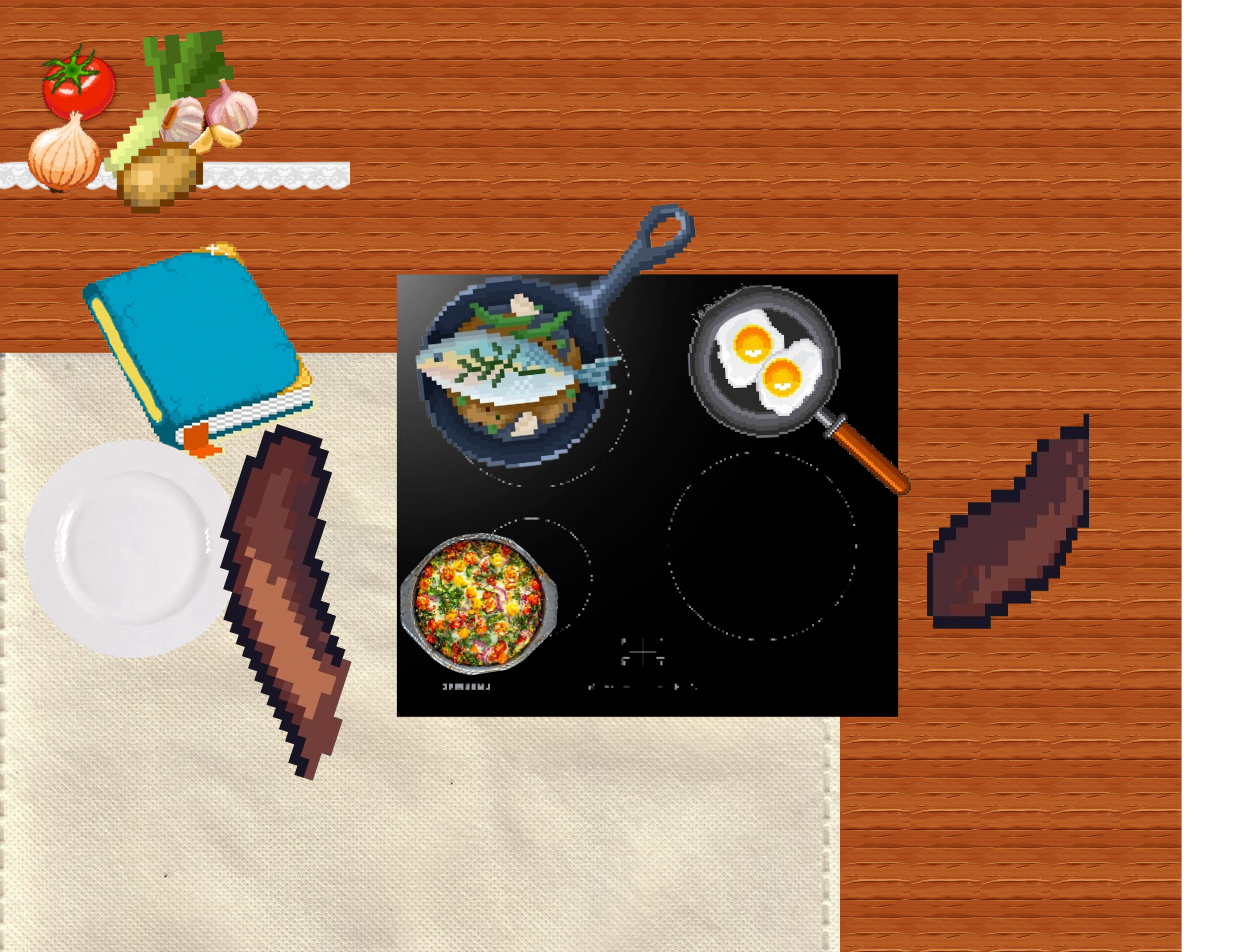
Repository: AJamdonuts/ToddyTalks
Page: playingaround2/pages/chefsujin.html
These files come from the project's save history. The page is drawn as it stood at one moment and after the next save; the edit follows.
The browser window is 1280 px wide. The page is 1688 px wide, then 1780 px, so the pictures cover 1780 px, including what lies to the right of the window. The pictures show the part of the page from y = 0 to 1360 px (the page is 3922 px tall before and 1103 px after), at 70% of full size.

Above is the page before, as saved 2025-11-26 17:26:47.

After the next save:
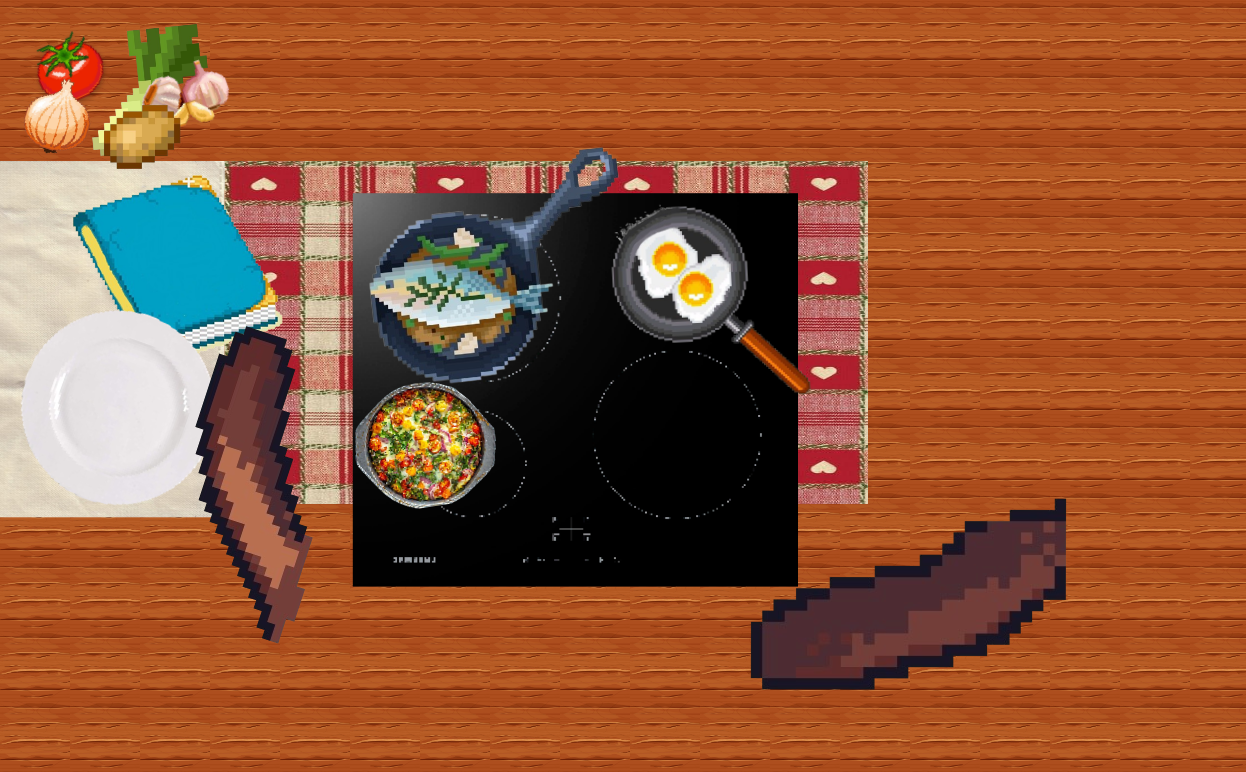
Saved 52 min 26 s later.
--- a/playingaround2/pages/chefsujin.html
+++ b/playingaround2/pages/chefsujin.html
@@ -17,7 +17,6 @@
     <img src="/playingaround2/images/leek-removebg-preview.png" class="leek">
     <img src="/playingaround2/images/garlic-removebg-preview.png" class="garlic">\
     <img src="/playingaround2/images/d95fa1e62c663504736614e026fc4862-removebg-preview.png" class="potato">
-    <img src="/playingaround2/images/kitchencounter.jpg" class="kitchencounter">
     <img src="/playingaround2/images/pixil-frame-0-removebg-preview.png" class="eggpan" >
     <img src="/playingaround2/images/pxArt-2-removebg-preview.png" class="vegpan">
     <img src="/playingaround2/images/pxArt-removebg-preview.png" class="plate">
--- a/playingaround2/styles/chefsujin.css
+++ b/playingaround2/styles/chefsujin.css
@@ -2,10 +2,10 @@
 
 .tomato {
     position: absolute;
-    width: 133.75px;
-    height: 133.75px;
-    left: 45.02px;
-    top: 55.06px;
+    width: 9.3vw;
+    height: auto;
+    left: 3.13vw;
+    top: 5.38vh;
     filter: drop-shadow(0px 4px 4px rgba(0, 0, 0, 0.25));
     border-radius: 4px;
     transform: rotate(-24.58deg);
@@ -13,119 +13,134 @@
 
 .potato {
     position: absolute;
-    width: 165px;
-    height: 165px;
-    left: 146px;
-    top: 161px;
+    width: 11.45vw;
+    height: auto;
+    left: 10.14vw;
+    top: 15.73vh;
 }
 
 .leek {
     position: absolute;
-    width: 257.96px;
-    height: 257.96px;
-    left: 109.95px;
-    top: 20px;
+    width: 17.91vw;
+    height: auto;
+    left: 7.64vw;
+    top: 1.95vh;
     transform: rotate(-5.62deg);
 
 }
 
 .garlic {
     position: absolute;
-    width: 194.8px;
-    height: 194.8px;
-    left: 200.62px;
-    top: 74.87px;
+    width: 13.53vw;
+    height: auto;
+    left: 13.93vw;
+    top: 7.31vh;
     transform: rotate(-19.27deg);
 
 }
 
 .onion {
     position: absolute;
-    width: 126.18px;
-    height: 144.28px;
-    left: 32px;
-    top: 145.3px;
+    width: 8.76vw;
+    height: auto;
+    left: 2.22vw;
+    top: 14.19vh;
     transform: rotate(17.63deg);
 }
 
 
 .recipebook {
     position: absolute;
-    width: 392px;
-    height: 392px;
-    left: 90px;
-    top: 302px;
+    width: 27.22vw;
+    height: auto;
+    left: 6.25vw;
+    top: 29.49vh;
 }
 
 .plate {
     position: absolute;
-    width: 334.76px;
-    height: 332.75px;
-    left: 22px;
-    top: 616px;
+    width: 23.25vw;
+    height: auto;
+    left: 1.53vw;
+    top: 60.16vh;
     transform: rotate(19.64deg);
 }
 
 
 
 .beararm1 {
-position: absolute;
-width: 448.49px;
-height: 883.17px;
-left: 159px;
-top: 392px;
-transform: matrix(0.95, 0.31, 0.31, -0.95, 0, 0);
+    position: absolute;
+    width: 31.15vw;
+    height: auto;
+    left: 11.04vw;
+    top: 38.28vh;
+    transform: matrix(0.95, 0.31, 0.31, -0.95, 0, 0);
 }
 
 .beararm2 {
     position: absolute;
-    width: 527.75px;
-    height: 527.75px;
-    left: 1160px;
-    top: 496.98px;
+    width: 36.65vw;
+    height: auto;
+    left: 80.56vw;
+    top: 48.53vh;
     transform: rotate(90.11deg);
 }
 
 .fishpan {
     position: absolute;
-    width: 546.95px;
-    height: 546.95px;
-    left: 532px;
-    top: 257px;
+    width: 37.98vw;
+    height: auto;
+    left: 36.94vw;
+    top: 25.10vh;
     transform: rotate(-6.22deg);
 }
 
 .eggpan {
     position: absolute;
-    width: 396px;
-    height: 396px;
-    left: 942.44px;
-    top: 362.44px;
+    width: 27.5vw;
+    height: auto;
+    left: 65.45vw;
+    top: 35.39vh;
     transform: rotate(177.33deg);
 }
 
 .vegpan {
     position: absolute;
-    width: 207px;
-    height: 310px;
-    left: 580.54px;
-    top: 703.1px;
+    width: 14.38vw;
+    height: auto;
+    left: 40.32vw;
+    top: 68.66vh;
     transform: rotate(81.24deg);
 }
 
 .hob {
     position: absolute;
-    width: 716px;
-    height: 632px;
-    left: 567px;
-    top: 392px;
+    width: 49.72vw;
+    height: auto;
+    left: 39.38vw;
+    top: 38.28vh;
 }
 
 body {
     margin: 0;
-
     background-image: url("/playingaround2/images/kitchencounter.jpg");
     background-size: 100px 100px;
     background-position: top left;
     background-repeat: repeat;
 }
+
+.creamtexture {
+    position: absolute;
+    width: 33.06vw;
+    height: 70.70vh;
+    left: -7.99vw;
+    top: 31.93vh;
+}
+
+.checktablecloth {
+    position: absolute;
+    width: 71.81vw;
+    height: 68.07vh;
+    left: 25.07vw;
+    top: 31.93vh;
+}
